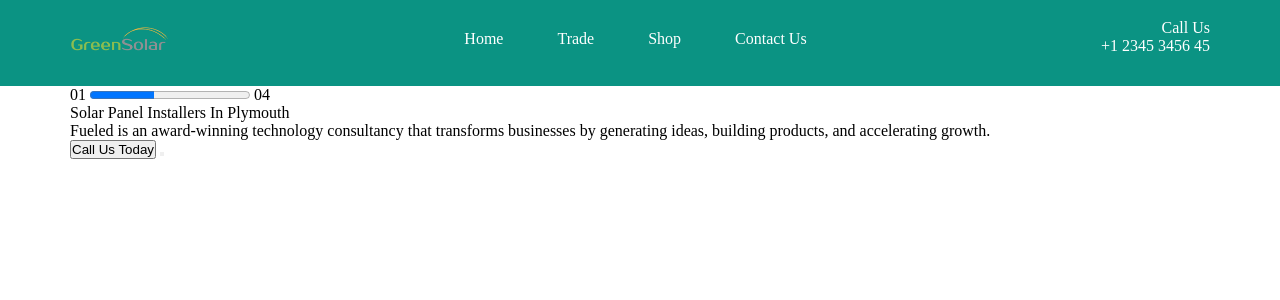
Repository: zeinawady/Solar-Company-Template
Page: index.html
These files come from the project's save history. The page is drawn as it stood at one moment and after the next save; the edit follows.
The browser window is 1280 px wide. The pictures show the whole page.

Above is the page before, as saved 2024-09-17 16:55:42.

### index.html
<!DOCTYPE html>
<html lang="en">

<head>
    <meta charset="UTF-8">
    <meta name="viewport" content="width=device-width, initial-scale=1.0">
    <title>Solar Company</title>
    <link rel="stylesheet" href="css/style.css">
    <link rel="stylesheet" href="css/all.min.css">
</head>

<body>
    <!-- start header -->
    <header>
        <div class="container">
            <img src="images/Logo.png" width="100" alt="logo" class="logo">
            <nav>
                <ul class="nav-links">
                    <li><a href="#">Home</a></li>
                    <li><a href="#">Trade</a></li>
                    <li><a href="#">Shop</a></li>
                    <li><a href="#">Contact Us</a></li>
                </ul>
            </nav>
            <div class="nav-info">
                <div>Call Us</div>
                <div>+1 2345 3456 45</div>

            </div>
            <div class="burger">
                <i class="fas fa-bars"></i>
                <ul class="navHover">
                    <li><a href="#">Home</a></li>
                    <li><a href="#">Trade</a></li>
                    <li><a href="#">Shop</a></li>
                    <li><a href="#">Contact Us</a></li>
                </ul>

            </div>
        </div>
    </header>

    <!-- end header -->

    <!-- start landing -->
    <div class="landing">
        <div class="container">
            <div class="progress-div">
                <span>01</span>
                <progress value="40" max="100"></progress>
                <span>04</span>
            </div>
            <div class="main-text">Solar Panel Installers In Plymouth</div>
  <div class="sub-text">
    Fueled is an award-winning technology consultancy that transforms businesses by generating ideas, building products, and accelerating growth.
  </div>

  <button class="btn">Call Us Today</button>
  <button class="btn yellow-bt"></button>

        </div>
    </div>
    <!-- end landing -->
</body>

</html>

### css/style.css
*{
    margin: 0;
    padding: 0;
    box-sizing: border-box;
}
html{
    scroll-behavior: smooth;
}
.container{
    padding-left: 15px;
    padding-right: 15px;
    margin: 0 auto;
    max-width: 1170px; /* Set a maximum width */
    width: 100%;
}
ul{
    list-style: none;
}
a{
    text-decoration: none;
}
:root{
    --main-color: hsla(173, 86%, 31%, 1);
    --secondary-color:hsla(42, 100%, 55%, 1);
    --font-color: hsla(221, 43%, 11%, 1);

}
@media (min-width:768px) {
    .container {
        width: 750px;
    }

}

@media (min-width:992px) {
    .container {
        width: 970px;
    }
}

@media (min-width:1200px) {
    .container {
        width: 1170px;
    }
}

/* start header */
header{
    background-color: var(--main-color);
height: 86px;
}
header .container{
    display: flex;
    justify-content: space-between;
    align-items: center;

}
.nav-links li{
    display: inline-block;
    padding: 30px 25px;

}
.nav-links li a{
    color: hsla(0, 0%, 100%, 1);
    transition: all 0.3s ease 0s;
}
.nav-info{
    color: hsla(0, 0%, 100%, 1);
padding-bottom: 5px;
display: flex;
flex-direction: column;
align-items: flex-end;
}
.burger{
    display: none;
    color: hsla(0, 0%, 100%, 1) ;
    font-size: 30px;
    cursor: pointer;
    position: relative;
}

@media (max-width:768px){
    .burger{
        display: block;
        padding-top: 24px;
        position: relative;
        z-index: 10;
    }
    .navHover , .nav-links {
        display: none;
    }
    .nav-info{
        display: none;
    }
    .burger:hover .navHover{
        display: block;
        position: absolute;
        top: 86px;
        right: 15px;
        background-color:rgb(255, 250, 244);
        z-index: 99;
        border-radius: 15px;
        padding: 20px;
        box-shadow: 0 4px 8px rgba(0, 0, 0, 0.1);
    }
}

/* end header */

Loaded but not shown: css/all.min.css (library)

After the next save:
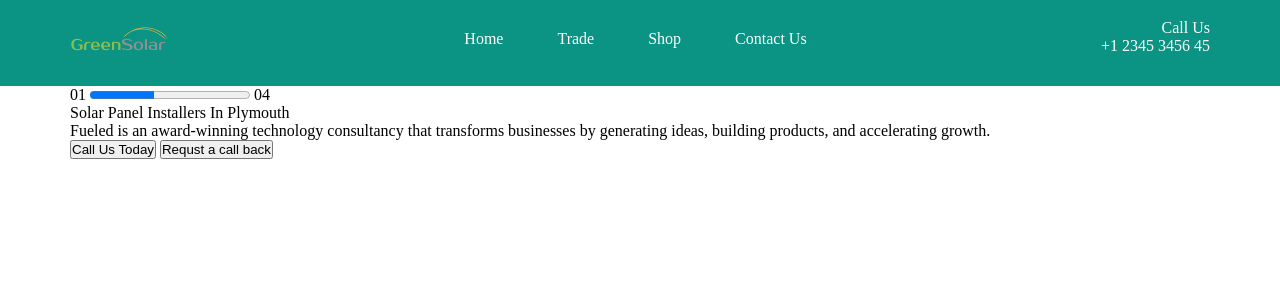
Saved 6 s later.
--- a/index.html
+++ b/index.html
@@ -56,7 +56,7 @@
   </div>
 
   <button class="btn">Call Us Today</button>
-  <button class="btn yellow-bt"></button>
+  <button class="btn yellow-bt">Requst a call back</button>
 
         </div>
     </div>
